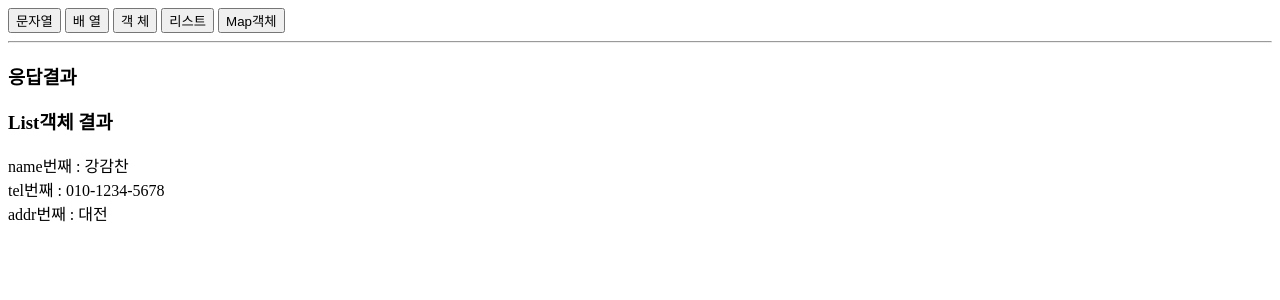
Repository: p2terkim/servletWork
Page: http://localhost/servletTest/basic/json/jsonTest.jsp
The author's editor kept a copy of each file at every save. The page is drawn from the files as they stood at one save, then again after a run of saves.
The browser window is 1280 px wide. The pictures show the whole page.
After loading, the first visible `#mapBtn` was clicked once.
The page is served by Tomcat 9. Other server files are loaded and not shown.

Above is the page before, as saved 2021-05-20 06:47:17.

### servletTest/WebContent/basic/json/jsonTest.jsp
<%@ page language="java" contentType="text/html; charset=UTF-8"
    pageEncoding="UTF-8"%>
<!DOCTYPE html>
<html>
<head>
<meta charset="UTF-8">
<title>JSON 데이터 Ajax로 처리하기</title>
<script type="text/javascript" src = "<%=request.getContextPath()%>/js/jquery-3.6.0.min.js"></script>

<script type="text/javascript">
$(function(){
	$("#strBtn").on("click", function(){
		$.ajax({
			url : "<%=request.getContextPath()%>/JSONTest.do",
			type : "post",
			data : "choice=str",
			success : function(data){
				$('#result').html(data);
			},
			dataType : "json"
		});
	});

	//--------------------------------------

	$("#arrayBtn").on("click", function(){
		$.ajax({
			url : "<%=request.getContextPath()%>/JSONTest.do",
			type : "post",
			data : "choice=array",
			success : function(data){

				var str = "";

				$.each(data, function(i, v){
					str += i + "번째 자료 : " + v + "<br>"
				});

				$('#result').html(str);
			},
			dataType : "json"
		});
	});

	//--------------------------------------

	$("#objBtn").on("click", function(){
		$.ajax({
			url : "<%=request.getContextPath()%>/JSONTest.do",
			type : "post",
			data : "choice=obj",
			success : function(data){

				var str = "<h3>SampleVO객체 결과</h3>";
				str += " ID : " + data.id + "<br>";
				str += " 이름 : " + data.name + "<br>";

				$('#result').html(str);
			},
			dataType : "json"
		});
	});

	//--------------------------------------

	$("#listBtn").on("click", function(){
		$.ajax({
			url : "<%=request.getContextPath()%>/JSONTest.do",
			type : "post",
			data : "choice=list",
			success : function(data){

				var str = "<h3>List객체 결과</h3>";
				$.each(data, function(i,v){
					str += i + "번째 ID : " + v.id + "<br>";
					str += i + "번째 이름 : " + v.name + "<hr>";
				});

				$('#result').html(str);
			},
			dataType : "json"
		});
	});

	//--------------------------------------

	$("#mapBtn").on("click", function(){
		$.ajax({
			url : "<%=request.getContextPath()%>/JSONTest.do",
			type : "post",
			data : "choice=map",
			success : function(data){

				var str = "<h3>List객체 결과</h3>";

				//data가 Map이거나 객체일 경우에 변수 i에는 변수명 또는 key값이 문자열로 저장되고
				//변수 v에는 '변수에 저장된 데이터 값'이나 'value값'이 저장된다.
				$.each(data, function(i,v){
					str += i + "번째 :  " + v + "<br>";

				});


				$('#result').html(str);
			},
			dataType : "json"
		});
	});


});

</script>
</head>
<body>

<form>
	<input type="button" id="strBtn" value="문자열">
	<input type="button" id="arrayBtn" value="배 열">
	<input type="button" id="objBtn" value="객 체">
	<input type="button" id="listBtn" value="리스트">
	<input type="button" id="mapBtn" value="Map객체">
</form>
<hr>
<h3>응답결과</h3>
<div id="result"></div>


</body>
</html>

### servletTest/src/kr/or/ddit/basic/json/JSONTestServlet.java
package kr.or.ddit.basic.json;

import java.io.IOException;
import java.io.PrintWriter;
import java.util.ArrayList;
import java.util.HashMap;
import java.util.List;

import javax.servlet.ServletException;
import javax.servlet.annotation.WebServlet;
import javax.servlet.http.HttpServlet;
import javax.servlet.http.HttpServletRequest;
import javax.servlet.http.HttpServletResponse;

import com.google.gson.Gson;

@WebServlet("/JSONTest.do")
public class JSONTestServlet extends HttpServlet {
	private static final long serialVersionUID = 1L;

	protected void doGet(HttpServletRequest request, HttpServletResponse response) throws ServletException, IOException {

		request.setCharacterEncoding("utf-8");

		//응답을 json으로 보내기
		response.setCharacterEncoding("utf-8");
		response.setContentType("application/json); charset=utf-8");

		String choice = request.getParameter("choice");

		Gson gson = new Gson();	//JSON 라이브러리(Gson)객체 생성
		String jsonData = null;

		switch(choice) {
			case "str":
				String str = "안녕하세요.";
				jsonData = gson.toJson(str);	//데이터를 JSON 형태의 문자열로 변환한다.
				break;
			case "array":
				int[] arr = new int[] {10, 20, 30, 40, 50};
				jsonData = gson.toJson(arr);
				break;
			case "obj":	//SampleVO 클래스를 만들어서 사용한다.
				SampleVO sample = new SampleVO();
				sample.setId(100);
				sample.setName("홍길동");

				jsonData = gson.toJson(sample);
				break;
			case "list":
				List<SampleVO> samList = new ArrayList<SampleVO>();
				samList.add(new SampleVO(1000, "일지매"));
				samList.add(new SampleVO(2000, "홍길동"));
				samList.add(new SampleVO(3000, "성춘향"));
				samList.add(new SampleVO(4000, "강감찬"));

				jsonData = gson.toJson(samList);
				break;
			case "map":
				HashMap<String, String> map = new HashMap<String, String>();
				map.put("name", "강감찬");
				map.put("tel", "010-1234-5678");
				map.put("addr", "대전");

				jsonData = gson.toJson(map);
				break;
		}

		//변환된 JSON 구조의 문자열을 출력해본다.
		System.out.println(choice + " : " + jsonData);

		//만들어진 JSON 문자열을 응답 데이터로 보내준다.
		PrintWriter out = response.getWriter();

		out.write(jsonData);

		out.flush();
		out.close();


	}

	protected void doPost(HttpServletRequest request, HttpServletResponse response) throws ServletException, IOException {
		doGet(request, response);
	}

}

Loaded but not shown: servletTest/WebContent/js/jquery-3.6.0.min.js (library)

After the next 2 saves:
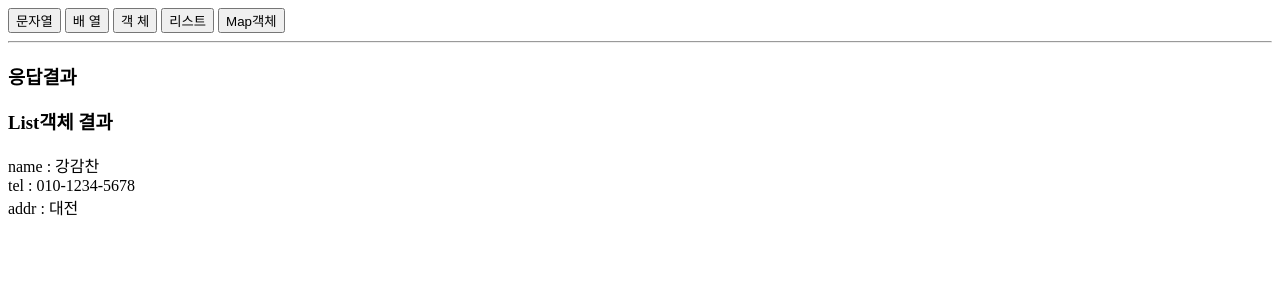
The 2 saves are shown as one change because they came seconds apart.
The last was saved 10 s later.
--- a/servletTest/WebContent/basic/json/jsonTest.jsp
+++ b/servletTest/WebContent/basic/json/jsonTest.jsp
@@ -96,7 +96,7 @@ $(function(){
 				//data가 Map이거나 객체일 경우에 변수 i에는 변수명 또는 key값이 문자열로 저장되고
 				//변수 v에는 '변수에 저장된 데이터 값'이나 'value값'이 저장된다.
 				$.each(data, function(i,v){
-					str += i + "번째 :  " + v + "<br>";
+					str += i + " : " + v + "<br>";
 
 				});
 
